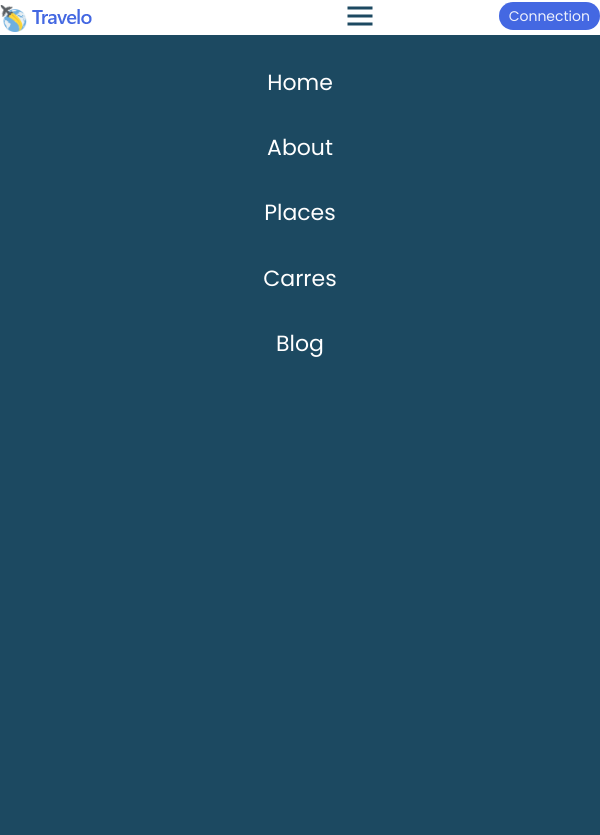
Repository: kuluong2000/travel
Page: index.html
An editor plug-in stored every save of this project. The page is shown before and after the next save, followed by the edit.
The browser window is 600 px wide. The pictures show the whole page.
The style sheet was rebuilt from its Sass, Less or Tailwind sources for each picture, by a compiler version that may differ from the author's.

Above is the page before, as saved 2021-09-03 22:31:21.

### index.html
<!DOCTYPE html>
<html lang="en">
  <head>
    <meta charset="UTF-8" />
    <meta http-equiv="X-UA-Compatible" content="IE=edge" />
    <meta name="viewport" content="width=device-width, initial-scale=1.0" />
    <link rel="stylesheet" href="./libs/css/bootstrap.min.css" />
    <link rel="stylesheet" href="./libs/css/animate.css" />
    <link rel="stylesheet" href="./libs/css/slick-theme.css" />
    <link rel="stylesheet" href="./libs/css/slick.css" />
    <link rel="stylesheet" href="./assets/css/reset.css" />
    <link rel="stylesheet" href="./assets/css/style.css" />
    <link rel="stylesheet" href="./assets/css/responsive.css" />
    <title>Document</title>
  </head>
  <body>
    <header class="header">
      <div class="container">
        <div class="row">
          <div class="header__main">
            <div class="header__logo">
              <a href="/">
                <img src="./assets/image/logo.png" alt="" srcset="" />
              </a>
            </div>
            <div class="sub-menu">
              <div class="line1"></div>
              <div class="line2"></div>
              <div class="line3"></div>
            </div>
            <nav>
              <ul class="header__menu">
                <li class="header__menu__item">
                  <a class="header__mennu__item__link" href="/">Home</a>
                </li>
                <li class="header__menu__item">
                  <a class="header__mennu__item__link" href="/">About</a>
                </li>
                <li class="header__menu__item">
                  <a class="header__mennu__item__link" href="/">Places</a>
                </li>
                <li class="header__menu__item">
                  <a class="header__mennu__item__link" href="/">Carres</a>
                </li>
                <li class="header__menu__item">
                  <a class="header__mennu__item__link" href="/">Blog</a>
                </li>
              </ul>
            </nav>
            <a href="#" class="header__conn"> Connection </a>
          </div>
        </div>
      </div>
    </header>

    <script src="./libs/Js/jquery-3.5.1.slim.min.js"></script>
    <script src="./libs/Js/bootstrap.min.js"></script>
    <script src="./libs/Js/slick.min.js"></script>
    <script src="./libs/Js/wow.js"></script>
  </body>
</html>

### assets/css/reset.css
html, body, div, span, applet, object, iframe,
h1, h2, h3, h4, h5, h6, p, blockquote, pre,
a, abbr, acronym, address, big, cite, code,
del, dfn, em, img, ins, kbd, q, s, samp,
small, strike, strong, sub, sup, tt, var,
b, u, i, center,
dl, dt, dd, ol, ul, li,
fieldset, form, label, legend,
table, caption, tbody, tfoot, thead, tr, th, td,
article, aside, canvas, details, embed,
figure, figcaption, footer, header, hgroup,
menu, nav, output, ruby, section, summary,
time, mark, audio, video {
	margin: 0;
	padding: 0;
	border: 0;
	font-size: 100%;
	vertical-align: baseline;
}
/* HTML5 display-role reset for older browsers */
article, aside, details, figcaption, figure,
footer, header, hgroup, menu, nav, section {
	display: block;
}
* {
	box-sizing: border-box;
}
body {
	line-height: 1;
  font-family: 'Muli', sans-serif;


  font-style: normal;
  font-weight: normal;
  font-size: 16px;
  line-height: 32px;
}
ol, ul {
	list-style: none;
}
blockquote, q {
	quotes: none;
}
blockquote:before, blockquote:after,
q:before, q:after {
	content: '';
	content: none;
}
table {
	border-collapse: collapse;
	border-spacing: 0;
}

img {
  max-width: 100%;
	vertical-align: bottom;
}
a {
	outline: none;
}

### assets/css/responsive.css

@media (min-width:1920px){
    .container{
        max-width: 1804px;
    }
}
@media (min-width:1400px) and (max-width:1919px){

}
@media (min-width:1200px) and (max-width:1399px){

}
@media (min-width:992px) and (max-width:1199px){
    .header__menu__item:not(:first-child) {
        margin-left: 65px;
    }
}
@media (min-width:768px) and (max-width:991px){
    .header__menu__item:not(:first-child) {
        margin-left: 25px;
    }
    .header__conn {

        font-size: 16px;
        padding: 3px 10px;
    }
}
@media  (max-width:767px){
    .container{
        max-width: 100%;

        margin:0 ;
    }
    .header__main {
        padding: 0;
    }
    .header__menu {
        position: absolute;
        flex-direction: column;
        background: #1C4961;
        width: 100%;
        height: 100vh;
        left: 0;
        top: 35px;
        justify-content: unset;
    }
    .header__mennu__item__link {
        color: white;;
    }
    .sub-menu{
        display: block;
        left: 60%;
        top: 50%;
        transform: translate(-50%,-50%);
    }
    .header__menu__item:not(:first-child) {
        margin-left: 0;
    }
    .header__menu__item{
        margin-top: 30px;
    }
    .header__conn {
        font-size: 14px;
        padding: 3px 10px;
    }
}

### assets/sass/style.scss
@import "global";
@import "variable";
@import "header";

### assets/sass/_global.scss
@import url('https://fonts.googleapis.com/css2?family=Montserrat:wght@300;400;500;600;700;800;900&family=Poppins:wght@300;400;500;600;700;800;900&display=swap');
*{
    padding: 0;
    margin: 0;
    box-sizing: border-box;
}
body{
    font-family: 'Poppins', sans-serif;
    line-height: 1.6;
    font-size: 20px;

}

### assets/sass/_variable.scss
$color-white:#FFFFFF;
$color-dark-blue:#1C4961;
$color-blue:#4468E2;
$color-light-blue:#E1E8F8;
$color-black:#000000;
$color-text:#163235;
$color-gray:#848484

### assets/sass/_header.scss
.header{
    position: relative;
    &__main{
        display:flex;
        justify-content: space-between;
        align-items: center;
        padding:20px 0

    }
    &__logo{
        display: inline-block;

    }
    &__menu{
        display:flex;
        justify-content: space-between;
        align-items: center;

    }
    &__menu__item:not(:first-child){
        margin-left: 82px;
    }
    &__mennu__item__link{
        text-decoration: none;
        color: $color-dark-blue;
        font-size: 22px;
        position: relative;
        &::after{
            content: '';
            position: absolute;
            width: 100%;
            height: 2px;
            background-color: $color-blue;
            left: 0;
            bottom: 0;
            transition: 0.5s;
            transform: scale(0);
        }
        &:hover::after{
            transform: scale(1);
        }
    }
    &__conn{
        text-decoration: none;
        background-color: $color-blue;
        color:rgba($color-white, $alpha: 0.9) ;
        font-size: 19px;
        border-radius: 25px;
        padding:5px 15px;
        transition: 0.5s;

        &:hover{
             color:rgba($color-white, $alpha: 1) ;
            background-color: $color-dark-blue;
        }
    }
}
.sub-menu{
    position: absolute;
    display: none;
}
.sub-menu div {
    cursor: pointer;
    width: 25px;
    height: 3px;
    background-color: $color-dark-blue;
    margin: 5px;
    transition: transform 0.5s linear;
}
.active .line1{
    transform:  rotate(-45deg) translate(-5px,6px);
}
.active .line2{
    opacity: 0;
}
.active .line3{
    transform: rotate(45deg) translate(-5px, -6px);
}

Loaded but not shown: libs/css/bootstrap.min.css (library); libs/css/animate.css (library); libs/css/slick-theme.css (library); libs/css/slick.css (common file); libs/Js/jquery-3.5.1.slim.min.js (library); libs/Js/bootstrap.min.js (library); libs/Js/slick.min.js (library); libs/Js/wow.js (library)

After the next save:
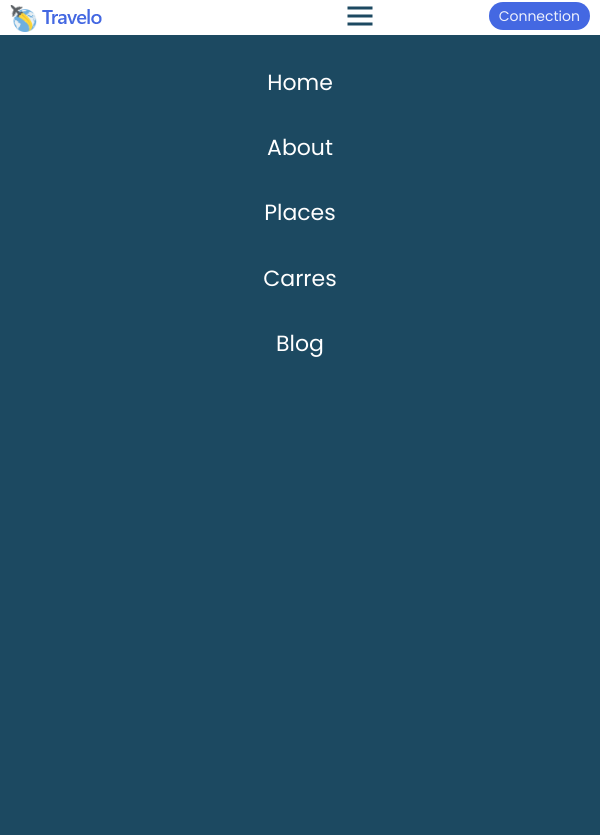
Saved 34 s later.
--- a/assets/css/responsive.css
+++ b/assets/css/responsive.css
@@ -32,7 +32,7 @@
         margin:0 ;
     }
     .header__main {
-        padding: 0;
+        padding: 0 10px;
     }
     .header__menu {
         position: absolute;
